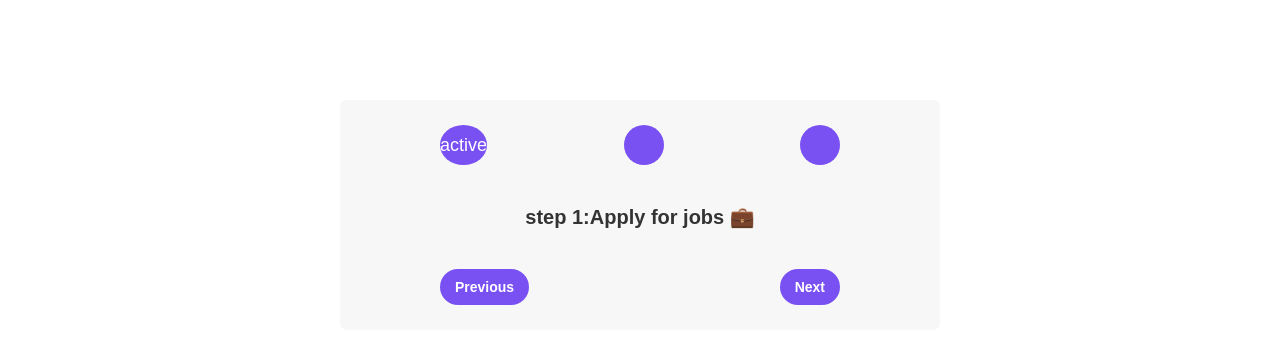
Repository: masamichan/steps
Page: /
An editor plug-in stored every save of this project. The page is shown before and after a run of saves, followed by the edit.
The browser window is 1280 px wide. The pictures show the whole page.
The project was rebuilt for these pictures with package versions that can differ from the ones it lists, and the page was loaded fresh each time.

Above is the page before, as saved 2023-12-31 08:28:48.

### src/App.js
const messages = [
  "Learn React ⚛️",
  "Apply for jobs 💼",
  "Invest your new income 🤑",
];

export default function App() {
  const step = 1;
  return (
    <div className="steps">
      <div className="numbers">
        <div className="active">{`${step >= 1 ? "active" : ""}`}</div>
        <div className="active">{`${step >= 2 ? "active" : ""}`}</div>
        <div className="active">{`${step >= 3 ? "active" : ""}`}</div>
      </div>
      <p className="message">
        step {step}:{messages[step]}
      </p>
      <div className="buttons">
        <button style={{ backgroundColor: "#7950f2", color: "#fff" }}>
          Previous
        </button>
        <button style={{ backgroundColor: "#7950f2", color: "#fff" }}>
          Next
        </button>
      </div>
    </div>
  );
}

Loaded but not shown: public/index.html (common file); src/index.js (common file); src/index.css (common file)

After the next 3 saves:
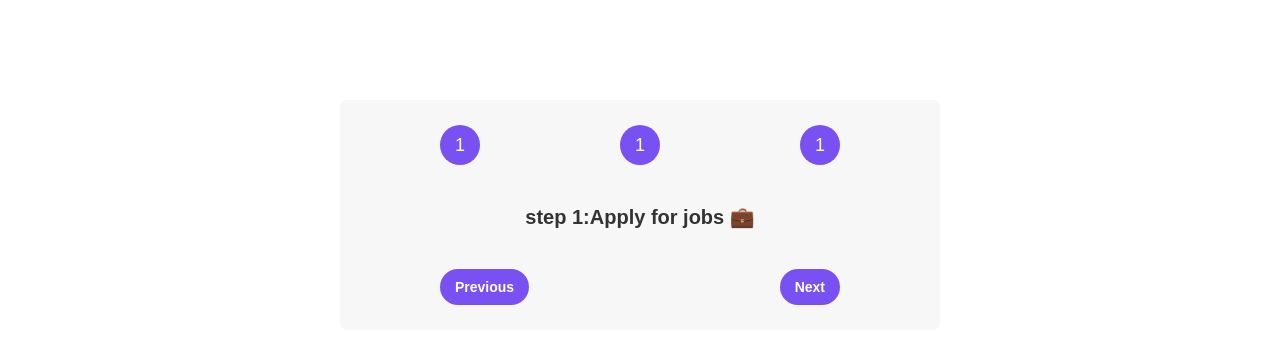
The 3 saves are shown as one change because 2 did not build or start.
The last was saved 7 min 36 s later.
--- a/src/App.js
+++ b/src/App.js
@@ -9,9 +9,9 @@ export default function App() {
   return (
     <div className="steps">
       <div className="numbers">
-        <div className="active">{`${step >= 1 ? "active" : ""}`}</div>
-        <div className="active">{`${step >= 2 ? "active" : ""}`}</div>
-        <div className="active">{`${step >= 3 ? "active" : ""}`}</div>
+        <div className={`${step >= 1 ? "active" : ""}`}>1</div>
+        <div className={`${step >= 1 ? "active" : ""}`}>1</div>
+        <div className={`${step >= 1 ? "active" : ""}`}>1</div>
       </div>
       <p className="message">
         step {step}:{messages[step]}
